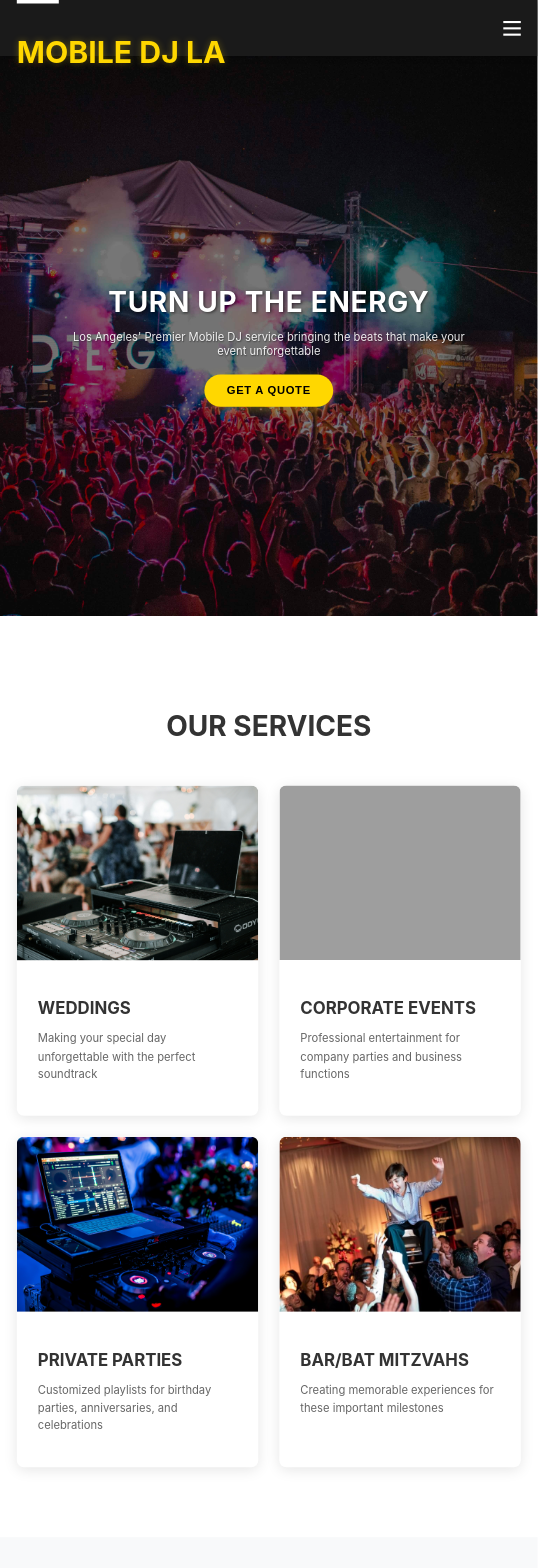
Repository: djdjdallas/djturnup
Page: /
These files come from the project's save history. The page is drawn as it stood at one moment and after the next save; the edit follows.
The browser window is 768 px wide. The pictures show the part of the page from y = 0 to 2240 px (the page is 5124 px tall), at 70% of full size.
Pictures or frames that could not be fetched are drawn as grey boxes. The project was rebuilt for these pictures with package versions that can differ from the ones it lists, and the page was loaded fresh each time. The framework's server and built-in components were replaced by stand-ins that run in the browser. Also part of the build but not shown: next.config.mjs.

Above is the page before, as saved 2025-05-19 21:16:17.

After the next save:
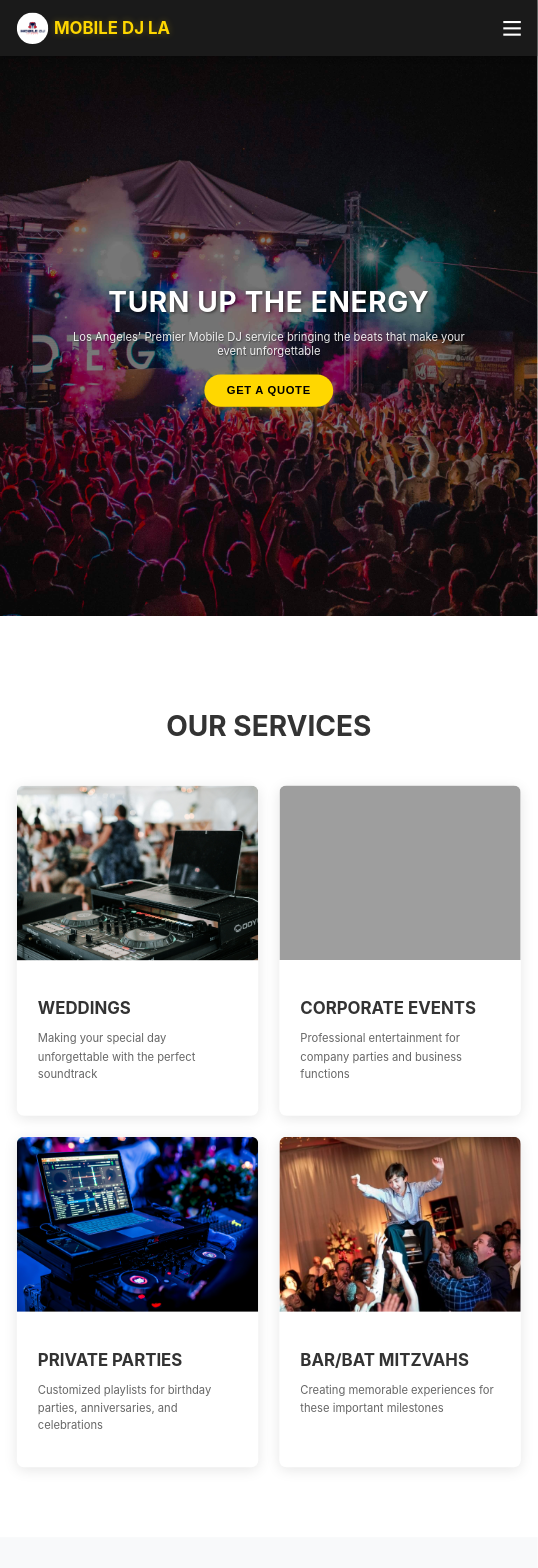
Saved 51 s later.
--- a/src/app/styles/NavBar.module.css
+++ b/src/app/styles/NavBar.module.css
@@ -22,14 +22,6 @@
   padding: 0 24px;
 }
 
-.navLogo {
-  color: #FFD700; /* Gold accent color */
-  cursor: pointer;
-  font-size: 1.8rem;
-  font-weight: bold;
-  text-shadow: 0 0 10px rgba(255, 215, 0, 0.3);
-  transition: all 0.3s ease;
-}
 
 .navLogo:hover {
   text-shadow: 0 0 15px rgba(255, 215, 0, 0.5);
@@ -133,3 +125,53 @@
     text-align: center;
   }
 }
+/* Add these new styles to src/app/styles/NavBar.module.css */
+
+.logoLink {
+  text-decoration: none;
+  display: flex;
+  align-items: center;
+}
+
+.logoWrapper {
+  display: flex;
+  align-items: center;
+  gap: 12px;
+}
+
+.logoImage {
+  border-radius: 50%;
+  object-fit: cover;
+  transition: transform 0.3s ease;
+}
+
+.logoImage:hover {
+  transform: scale(1.05);
+}
+
+/* You might need to adjust the existing .navLogo style to accommodate the logo */
+.navLogo {
+  color: #FFD700; /* Gold accent color */
+  cursor: pointer;
+  display: flex;
+  align-items: center;
+  font-weight: bold;
+  text-shadow: 0 0 10px rgba(255, 215, 0, 0.3);
+  transition: all 0.3s ease;
+}
+
+/* Mobile responsive adjustments */
+@media screen and (max-width: 768px) {
+  .logoWrapper {
+    gap: 8px;
+  }
+
+  .logoImage {
+    width: 45px;
+    height: 45px;
+  }
+
+  .navLogo h2 {
+    font-size: 1.5rem;
+  }
+}
